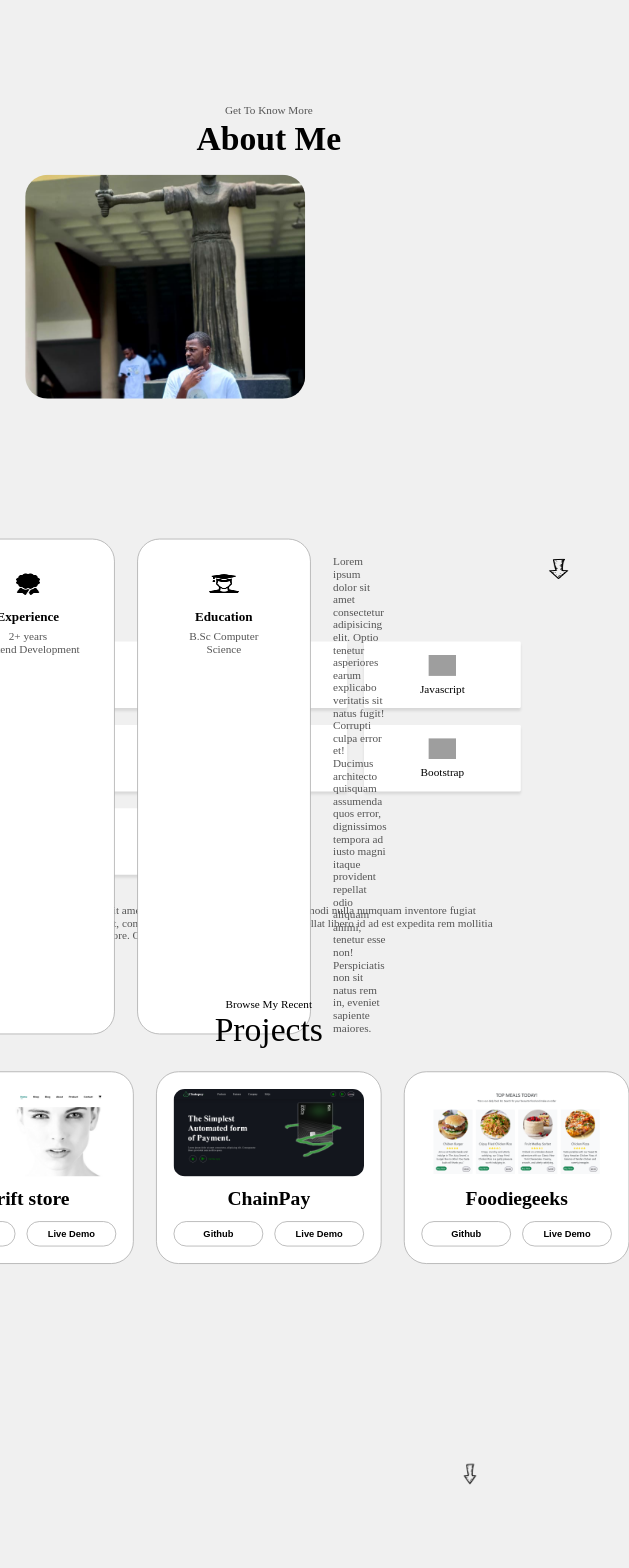
Repository: Austinokezie/Myportfolio
Page: index.html
An editor plug-in stored every save of this project. The page is shown before and after the next save, followed by the edit.
The browser window is 768 px wide. The page is 899 px wide, then 768 px, so the pictures cover 899 px, including what lies to the right of the window. The pictures show the part of the page from y = 731 to 2971 px (the page is 3661 px tall before and 4735 px after), at 70% of full size.
Pictures or frames that could not be fetched are drawn as grey boxes. Some web fonts or font styles are not loaded; a fallback is used.

Above is the page before, as saved 2025-10-08 14:49:39.

After the next save:
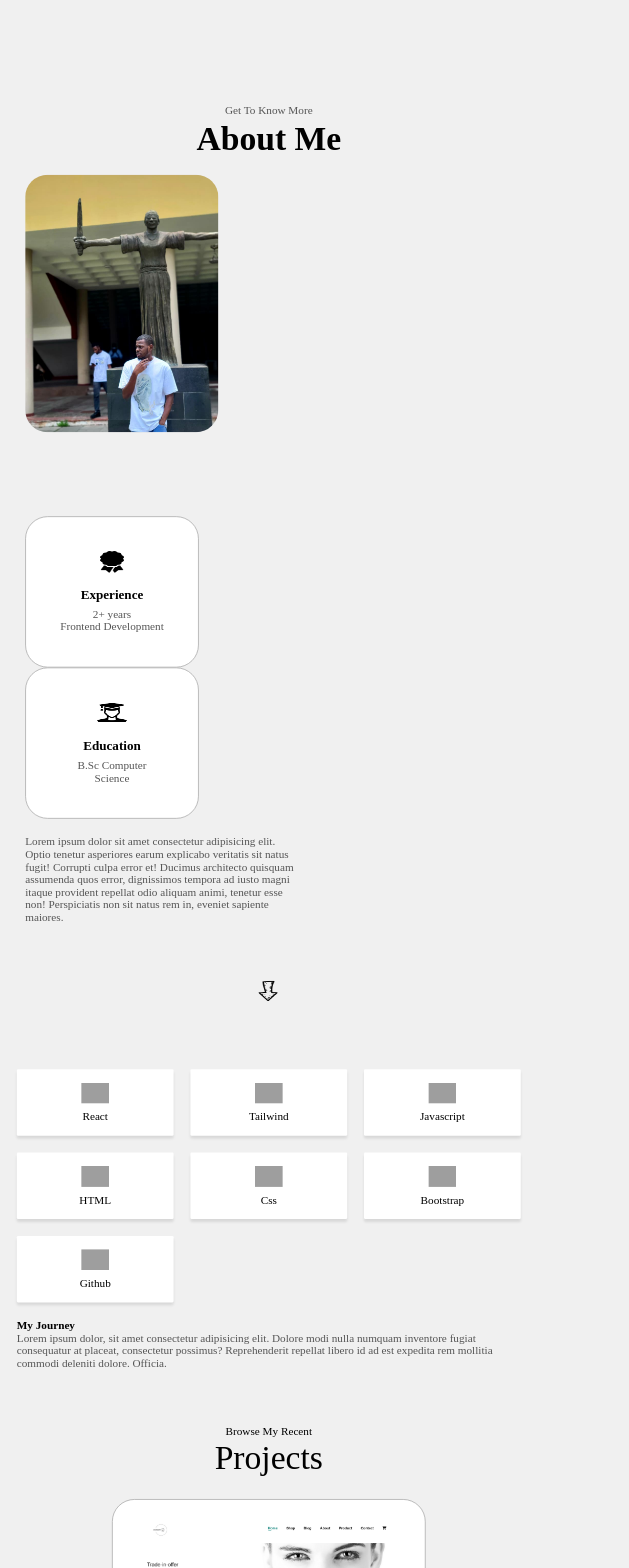
Saved 14 min 44 s later.
--- a/style.css
+++ b/style.css
@@ -255,18 +255,19 @@ section{
    margin-bottom: 2rem;
    margin-top: 2rem;
 }
-.about-details-container{
+/* .about-details-container{
     justify-content: center;
     flex-direction: column;
-}
+} */
 .about-containers,
 .about-details-container{
-    display: flex;
+    /* display: flex; */
 }
 .about-pic{
     border-radius: 2rem;
-    width: 400px;
-    height: 320px;
+    max-width: 400px;
+    width: 100%;
+    height: auto;
     object-fit: cover;
 }
 .arrow{
@@ -277,7 +278,7 @@ section{
 .details-container{
 
     padding: 1.5rem;
-    flex: 1;
+    /* flex: 1;  */
     background: white;
     border-radius: 2rem;
     border: rgb(53, 53, 53) 0.1rem solid;
@@ -285,15 +286,16 @@ section{
     text-align: center;
 }
 .section_container{
-    display: flex;
+    /* display: flex; */
     gap: 4rem;
-    height: 70%;
+    /* height: 70%; */
 
 }
 .section__pic-container{
-   height: 400px;
-   width: 400px;
-   margin: auto 0;
+   height: auto;
+   width: 100%;
+   display: flex;
+   justify-content: center;
 }
 
 
@@ -421,7 +423,6 @@ footer{
     width: 75%;
     margin: 20px auto;
     border-color: #333;
-    border-radius: 2px;
 
 } */
 
@@ -431,3 +432,11 @@ footer{
 footer p{
     text-align: center ;
 }
+
+@media (max-width: 768px) {
+  .arrow {
+    position: static;
+    margin: 2rem auto 0;
+    display: block;
+  }
+}
